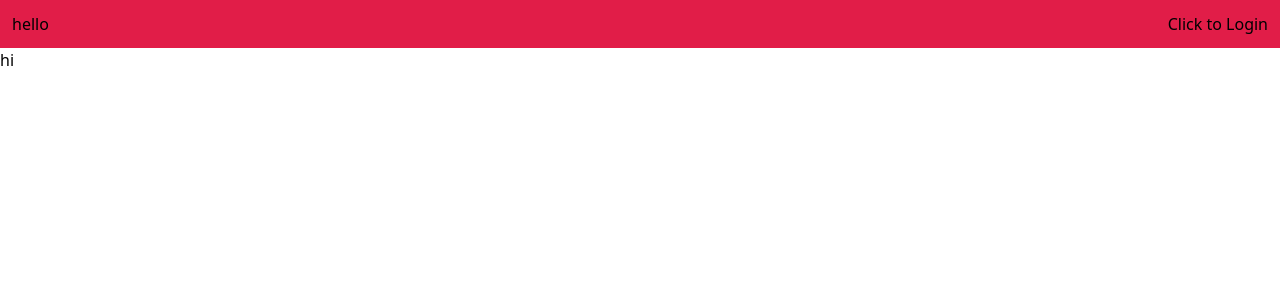
Repository: Semanmernstack/fullstack-prisma-build
Page: /
An editor plug-in stored every save of this project. The page is shown before and after the next save, followed by the edit.
The browser window is 1280 px wide. The pictures show the whole page.
The page's requests for data from a server got no answer. The project was rebuilt for these pictures with package versions that can differ from the ones it lists, and the page was loaded fresh each time. The framework's server and built-in components were replaced by stand-ins that run in the browser. No one was signed in, and anything a server would have sent is missing. Also part of the build but not shown: next.config.js, app/authfront/Logged.tsx.

Above is the page before, as saved 2023-03-12 08:27:59.

### app/layout.tsx
import Nav from './authfront/Nav'
import Querywrapper from './authfront/Query'
import './globals.css'

export const metadata = {
  title: 'Create Next App',
  description: 'Generated by create next app',
}

export default function RootLayout({children,
}: {   children:React.ReactNode

}) {
  return (
    <html lang="en">
      <body>
        <Querywrapper>
          <Nav/>
          {children}
        </Querywrapper>
        </body>
    </html>
  )
}

### app/page.tsx
import Image from 'next/image'




export default function Home() {
  return (
    <div>
      <h1>hi</h1>
    </div>
  )
}

### app/authfront/Nav.tsx
import { getServerSession } from "next-auth";
import Link from "next/link";
import Logged from "./Logged";
import Login from "./Login";
import { authOptions } from "../../pages/api/auth/[...nextauth]";



export default async function Nav() {

    const session = await getServerSession(authOptions)

    return (
        <div  className="flex items-center justify-between bg-rose-600 p-3 "   >

            <Link href={"/"}>
                <h2>hello</h2>
            </Link>
            <div className="flex items-center   gap-3">



                {!session?.user && <Login/>}


                {session?.user && <Logged image={session?.user?.image || " "}   />}

            </div>
        </div>
    )
}

### app/authfront/Query.tsx
"use client"
import { QueryClient, QueryClientProvider } from '@tanstack/react-query'
import { ReactNode } from 'react'
  interface Props {
    children?: ReactNode
  }

  const queryClient = new QueryClient()
  const Querywrapper = ({ children }: Props) => (
    <QueryClientProvider client={queryClient}>
        {children}
    </QueryClientProvider>
  )

  export default Querywrapper

### app/authfront/Login.tsx
"use client"
import React from 'react'
import {signIn} from "next-auth/react"


function Login() {

  return (
    <div>
      <button onClick={() => signIn()}>Click to Login</button>


    </div>
  )
}

export default Login

### pages/api/auth/[...nextauth].js
import NextAuth from "next-auth"
import GoogleProvider from "next-auth/providers/google"
import { PrismaAdapter } from "@next-auth/prisma-adapter"
import prisma from "../../../prisma/client"


export const authOptions = {
  adapter: PrismaAdapter(prisma),
  providers: [
    GoogleProvider({
      clientId: process.env.GOOGLE_CLIENT_ID,
      clientSecret: process.env.GOOGLE_CLIENT_SECRET,
    }),
  ],
}

export default NextAuth(authOptions)

### app/components/AddPost.tsx
import React, { useState } from 'react'

function AddPost() {
    const [title, setTitle] = useState('')

    const handleSubmit =(e: React.FormEvent) => {
        e.preventDefault()

        setTitle("")
    }

  return (
    <form onSubmit={handleSubmit} >
        <div className="border w-80 p-6 ">
        <textarea
            onChange={(e) => setTitle(e.target.value)}
            placeholder="Whats on your mind"
            value={title}
            className="border-none outline-none"
        >

        </textarea>
        </div>
        <div className="p-2 hover:bg-red-300 cursor-pointer text-center mt-4 bg-red-800 w-24 rounded-full">
            <button type="submit" >Post</button>
        </div>

    </form>
  )
}

export default AddPost

Loaded but not shown: app/globals.css (common file); prisma/client.tsx (common file); tailwind.config.js (common file)

After the next save:
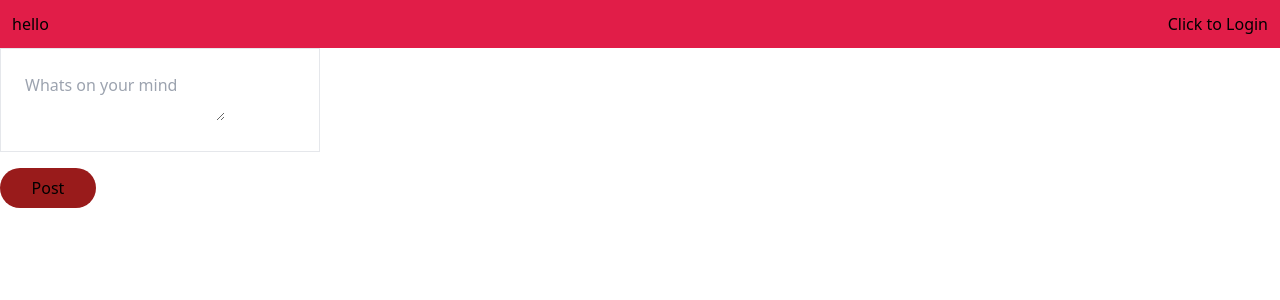
Saved 3 min 40 s later.
--- a/app/page.tsx
+++ b/app/page.tsx
@@ -1,4 +1,5 @@
 import Image from 'next/image'
+import AddPost from './components/AddPost'
 
 
 
@@ -6,7 +7,7 @@ import Image from 'next/image'
 export default function Home() {
   return (
     <div>
-      <h1>hi</h1>
+      <AddPost/>
     </div>
   )
 }
